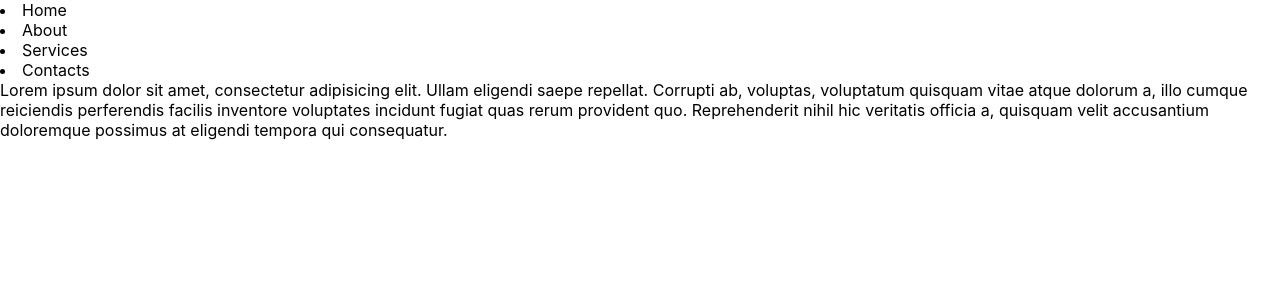
Repository: Rohit-foryou/Text-Utils
Page: /
An editor plug-in stored every save of this project. The page is shown before and after the next save, followed by the edit.
The browser window is 1280 px wide. The pictures show the whole page.
The project was rebuilt for these pictures with package versions that can differ from the ones it lists, and the page was loaded fresh each time. Also part of the build but not shown: src/App.css.

Above is the page before, as saved 2023-12-20 14:36:30.

### src/App.js
import "./App.css";

function App() {
  return (
    <>
      <nav>
        <li>Home</li>
        <li>About</li>
        <li>Services</li>
        <li>Contacts</li>
      </nav>

      <div className="container">
        Lorem ipsum dolor sit amet, consectetur adipisicing elit. Ullam eligendi
        saepe repellat. Corrupti ab, voluptas, voluptatum quisquam vitae atque
        dolorum a, illo cumque reiciendis perferendis facilis inventore
        voluptates incidunt fugiat quas rerum provident quo. Reprehenderit nihil
        hic veritatis officia a, quisquam velit accusantium doloremque possimus
        at eligendi tempora qui consequatur.
      </div>
    </>
  );
}

export default App;

Loaded but not shown: public/index.html (common file); src/index.js (common file); src/index.css (common file); src/reportWebVitals.js (common file)

After the next save:
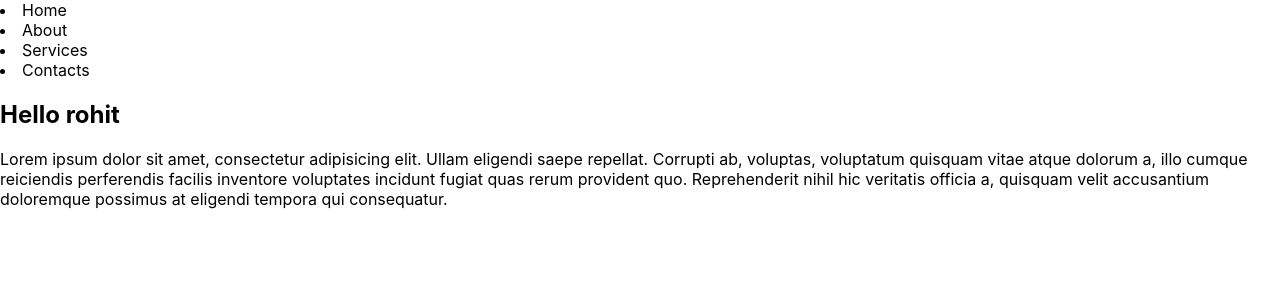
Saved 118 s later.
--- a/src/App.js
+++ b/src/App.js
@@ -1,5 +1,6 @@
 import "./App.css";
 
+let name = "rohit";
 function App() {
   return (
     <>
@@ -11,6 +12,7 @@ function App() {
       </nav>
 
       <div className="container">
+        <h2>Hello {name}</h2>
         Lorem ipsum dolor sit amet, consectetur adipisicing elit. Ullam eligendi
         saepe repellat. Corrupti ab, voluptas, voluptatum quisquam vitae atque
         dolorum a, illo cumque reiciendis perferendis facilis inventore
